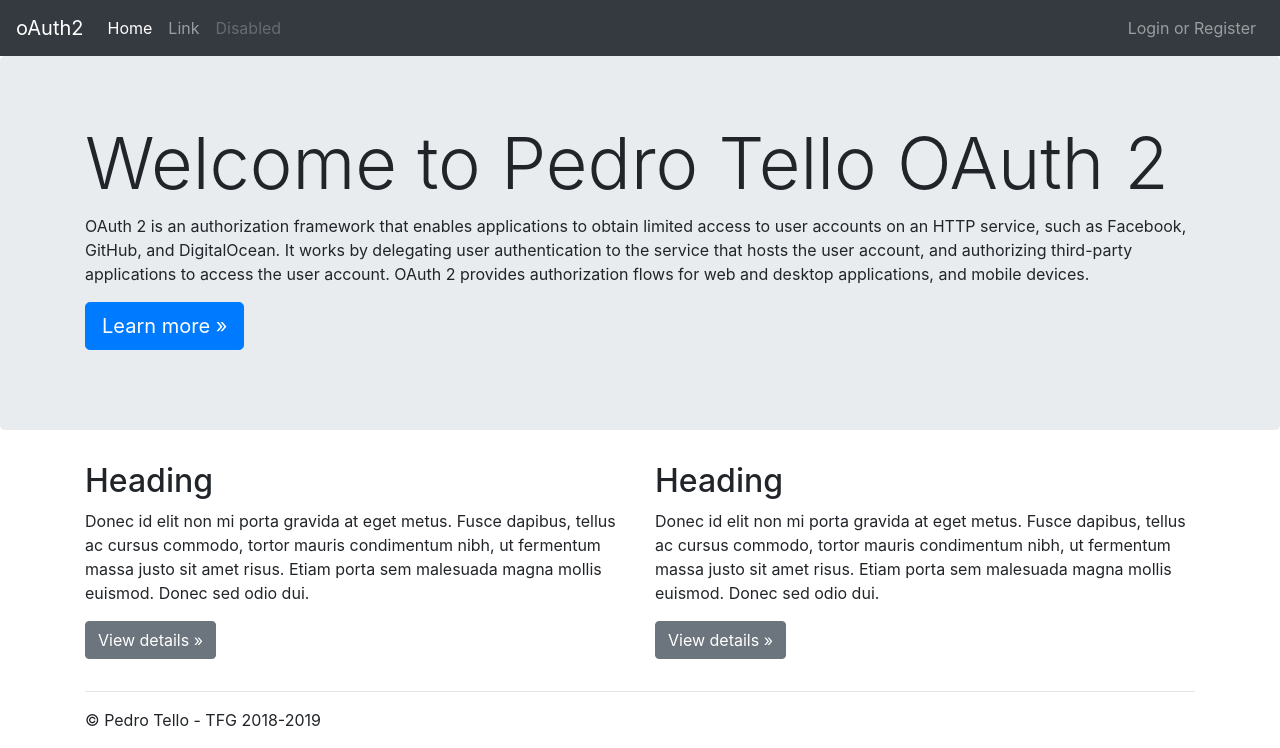
Repository: Xevit/eclipse-workspace
Page: AplicationOAuth2/src/main/webapp/index.html
The author's editor kept a copy of each file at every save. The page is drawn from the files as they stood at one save, then again after the next save.
The browser window is 1280 px wide. The pictures show the whole page.
Some web libraries are served in a nearby version.

Above is the page before, as saved 2018-08-20 21:22:38.

### AplicationOAuth2/src/main/webapp/index.html
<!DOCTYPE html>
<html>
<head>
  <link href="css/bootstrap.min.css" rel="stylesheet">
    <!-- Custom styles for this template -->
    <link href="css/jumbotron.css" rel="stylesheet">
</head>
<body>
<nav class="navbar navbar-expand-md navbar-dark fixed-top bg-dark">
      <a class="navbar-brand" href="#">oAuth2</a>
      <button class="navbar-toggler" type="button" data-toggle="collapse" data-target="#navbarsExampleDefault" aria-controls="navbarsExampleDefault" aria-expanded="false" aria-label="Toggle navigation">
        <span class="navbar-toggler-icon"></span>
      </button>

      <div class="collapse navbar-collapse" id="navbarsExampleDefault">
        <ul class="navbar-nav mr-auto">
          <li class="nav-item active">
            <a class="nav-link" href="#">Home <span class="sr-only">(current)</span></a>
          </li>
          <li class="nav-item">
            <a class="nav-link" href="#">Link</a>
          </li>
          <li class="nav-item">
            <a class="nav-link disabled" href="#">Disabled</a>
          </li>
          <!--<li class="nav-item dropdown">
            <a class="nav-link dropdown-toggle" href="http://example.com" id="dropdown01" data-toggle="dropdown" aria-haspopup="true" aria-expanded="false">Dropdown</a>
            <div class="dropdown-menu" aria-labelledby="dropdown01">
              <a class="dropdown-item" href="#">Action</a>
              <a class="dropdown-item" href="#">Another action</a>
              <a class="dropdown-item" href="#">Something else here</a>
            </div>
          </li>-->
        </ul>
        <ul class="navbar-nav mr-right" >
          <li class="nav-item">
            <a class="nav-link" href="login.html">Login or Register</a>
          </li>
          <!--<input class="form-control mr-sm-2" type="text" placeholder="Search" aria-label="Search">-->
          <!--<button class="btn btn-outline-success my-2 my-sm-0" type="submit">Search</button>-->
         </ul>
      </div>
    </nav>

    <main role="main">

      <!-- Main jumbotron for a primary marketing message or call to action -->
      <div class="jumbotron">
        <div class="container">
          <h1 class="display-3">Welcome to Pedro Tello OAuth 2</h1>
          <p>OAuth 2 is an authorization framework that enables applications to obtain limited access to user accounts on an HTTP service, such as Facebook, GitHub, and DigitalOcean. It works by delegating user authentication to the service that hosts the user account, and authorizing third-party applications to access the user account. OAuth 2 provides authorization flows for web and desktop applications, and mobile devices.</p>
          <p><a class="btn btn-primary btn-lg" href="https://oauth.net/2/" role="button">Learn more &raquo;</a></p>
        </div>
      </div>

      <div class="container">
        <!-- Example row of columns -->
        <div class="row">
          <div class="col-md-6">
            <h2>Heading</h2>
            <p>Donec id elit non mi porta gravida at eget metus. Fusce dapibus, tellus ac cursus commodo, tortor mauris condimentum nibh, ut fermentum massa justo sit amet risus. Etiam porta sem malesuada magna mollis euismod. Donec sed odio dui. </p>
            <p><a class="btn btn-secondary" href="hello" role="button">View details &raquo;</a></p>
          </div>
          <div class="col-md-6">
            <h2>Heading</h2>
            <p>Donec id elit non mi porta gravida at eget metus. Fusce dapibus, tellus ac cursus commodo, tortor mauris condimentum nibh, ut fermentum massa justo sit amet risus. Etiam porta sem malesuada magna mollis euismod. Donec sed odio dui. </p>
            <p><a class="btn btn-secondary" href="bye" role="button">View details &raquo;</a></p>
          </div>

        </div>

        <hr>

      </div> <!-- /container -->

    </main>

    <footer class="container">
      <p>&copy; Pedro Tello - TFG 2018-2019</p>
    </footer>

	<script src="https://code.jquery.com/jquery-3.2.1.slim.min.js" integrity="sha384-KJ3o2DKtIkvYIK3UENzmM7KCkRr/rE9/Qpg6aAZGJwFDMVNA/GpGFF93hXpG5KkN" crossorigin="anonymous"></script>
    <script>window.jQuery || document.write('<script src="../../assets/js/vendor/jquery-slim.min.js"><\/script>')</script>
    <script src="js/popper.min.js"></script>
    <script src="js/bootstrap.min.js"></script>
    <script src="js/jquery.cookie.js"></script>
</body>
</html>

Loaded but not shown: AplicationOAuth2/src/main/webapp/css/bootstrap.min.css (library); AplicationOAuth2/src/main/webapp/css/jumbotron.css (common file); AplicationOAuth2/src/main/webapp/js/popper.min.js (library); AplicationOAuth2/src/main/webapp/js/bootstrap.min.js (library); AplicationOAuth2/src/main/webapp/js/jquery.cookie.js (library)

After the next save:
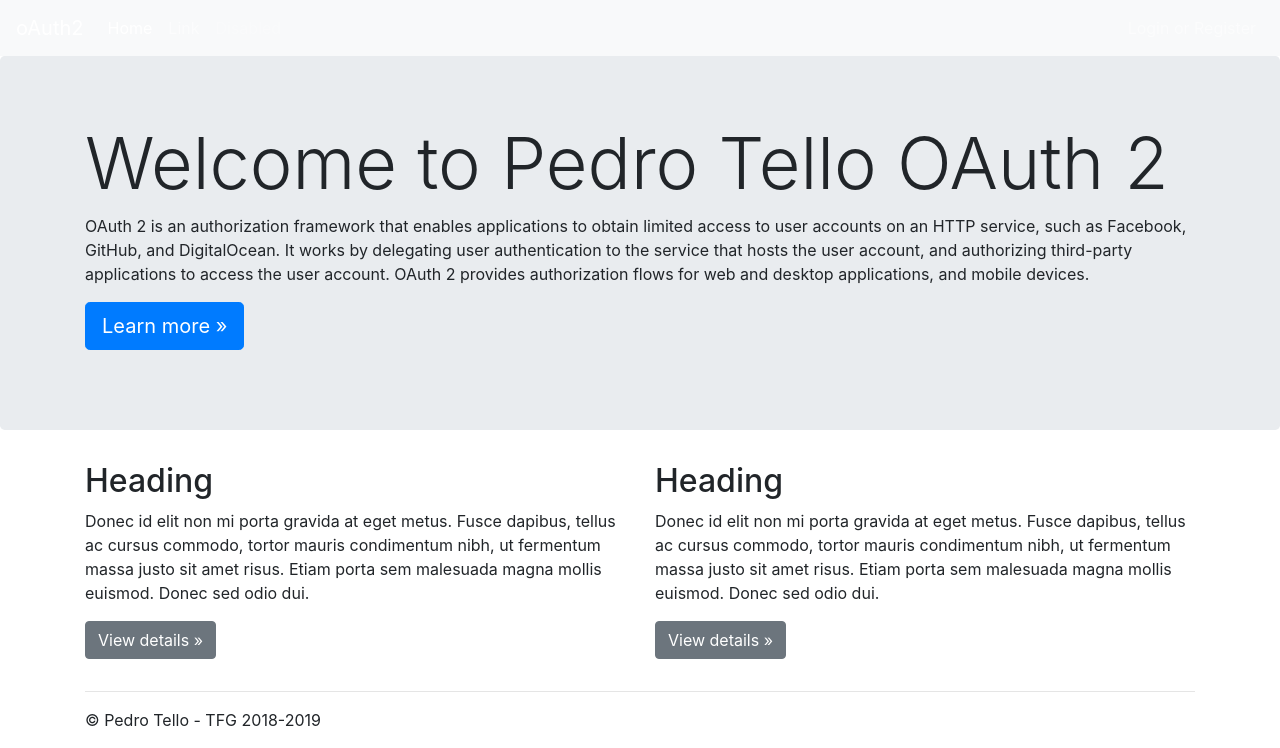
Saved 13 s later.
--- a/AplicationOAuth2/src/main/webapp/index.html
+++ b/AplicationOAuth2/src/main/webapp/index.html
@@ -6,7 +6,7 @@
     <link href="css/jumbotron.css" rel="stylesheet">
 </head>
 <body>
-<nav class="navbar navbar-expand-md navbar-dark fixed-top bg-dark">
+<nav class="navbar navbar-expand-md navbar-dark fixed-top bg-light">
       <a class="navbar-brand" href="#">oAuth2</a>
       <button class="navbar-toggler" type="button" data-toggle="collapse" data-target="#navbarsExampleDefault" aria-controls="navbarsExampleDefault" aria-expanded="false" aria-label="Toggle navigation">
         <span class="navbar-toggler-icon"></span>
